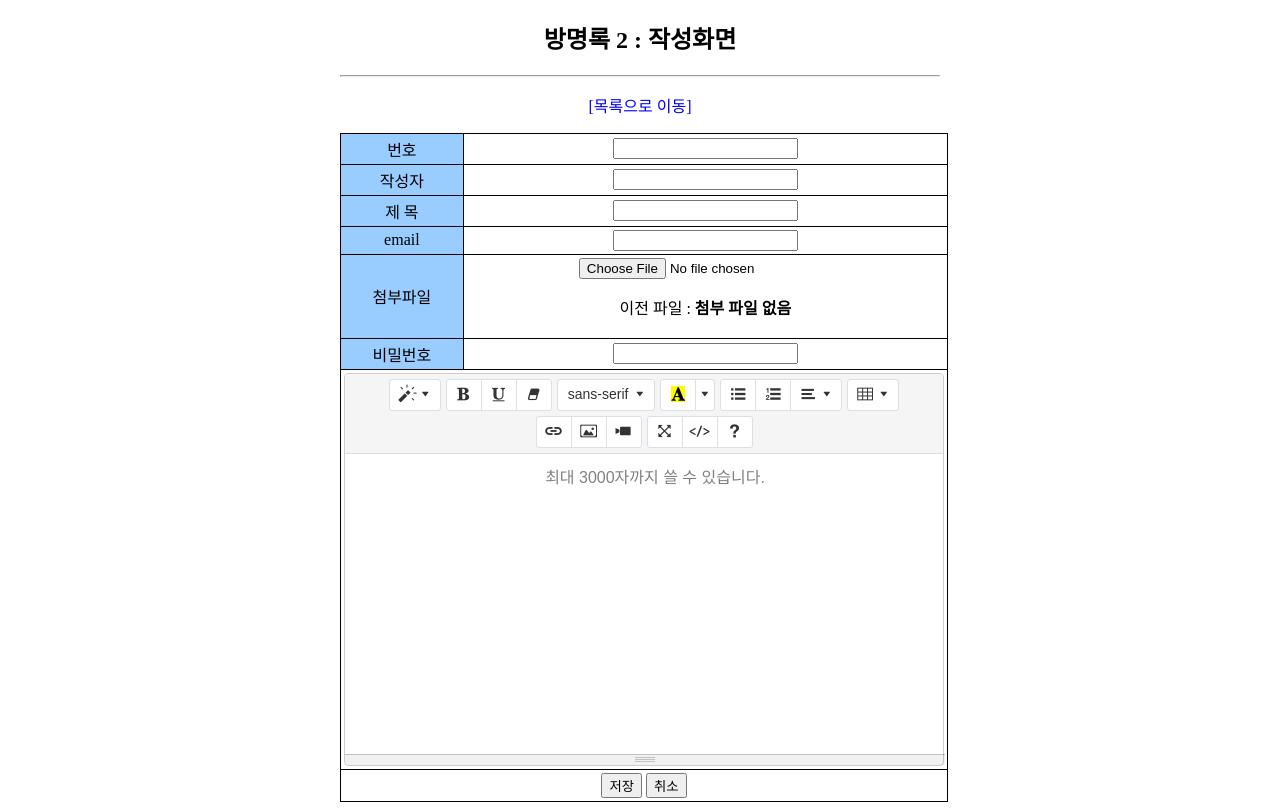
Repository: Koran1/springmvcstudy
Page: http://localhost/spring_mvc02/WEB-INF/views/guestbook2/update.jsp
The author's editor kept a copy of each file at every save. The page is drawn from the files as they stood at one save, then again after the next save.
The browser window is 1280 px wide. The pictures show the whole page.
Some web fonts or font styles are not loaded; a fallback is used. The page is served by Tomcat 9. Nobody is signed in. Other server files are loaded and not shown. The template is opened directly, without the code that normally fills it, so the values that code supplies are empty.

Above is the page before, as saved 2024-10-23 06:40:10.

### spring_mvc02/src/main/webapp/WEB-INF/views/guestbook2/update.jsp
<%@ page language="java" contentType="text/html; charset=UTF-8"
    pageEncoding="UTF-8"%>
<%@ taglib prefix="c" uri="http://java.sun.com/jsp/jstl/core" %>
<!DOCTYPE html>
<html>
<head>
<meta charset="UTF-8">
<title>Update2</title>
<link rel="stylesheet" href="resources/css/summernote-lite.css">
<style type="text/css">
	a { text-decoration: none;}
	table{width: 600px; border-collapse:collapse; text-align: center;}
	table,th,td{border: 1px solid black; padding: 3px}
	div{width: 600px; margin:auto; text-align: center;}

	/* summernote toolbar 수정 */
	.note-btn-group{width: auto;}
	.note-toolbar{width: auto;}
</style>
</head>
<body>
<div>
		<h2>방명록 2 : 작성화면</h2>
		<hr>
		<p><a href="/guestbook2">[목록으로 이동]</a></p>
		<form action="gb2_update_ok" enctype="multipart/form-data" method="post">
			<table>

				<tr align="center">
					<td bgcolor="#99ccff">번호</td>
					<td><input type="text" name="gb2_idx" readonly value="${onelist.gb2_idx}" size ="20"></td>
				</tr>
				<tr align="center">
					<td bgcolor="#99ccff">작성자</td>
					<td><input type="text" name="gb2_name" value="${onelist.gb2_name}" size ="20" required></td>
				</tr>
				<tr align="center">
					<td bgcolor="#99ccff">제  목</td>
					<td><input type="text" name="gb2_subject" value="${onelist.gb2_subject}" size ="20" required></td>
				</tr>
				<tr align="center">
					<td bgcolor="#99ccff">email</td>
					<td><input type="text" name="gb2_email" value="${onelist.gb2_email}" size ="20" required></td>
				</tr>
				<tr align="center">
				<td bgcolor="#99ccff">첨부파일</td>
				<td><input type="file" name="gb2_f_name" size ="20"><p> 이전 파일 :
					<c:choose>
						<c:when test="${empty onelist.gb2_f_name}">
						<b>첨부 파일 없음</b>
					</c:when>
					<c:otherwise>
						 ${onelist.gb2_f_name}
					</c:otherwise>
				</c:choose>	</p>
				</td>
				</tr>
				<tr align="center">
					<td bgcolor="#99ccff">비밀번호</td>
					<td><input type="password" name="gb2_pw" id="gb2_pw" size ="20" required>
				</tr>
				<tr align="center">
					<td colspan="2">
						<textarea rows="10" cols="60" name="gb2_content" id="gb2_content">${onelist.gb2_content}</textarea>
					</td>
				</tr>
				<tfoot>
					<tr align="center">
						<td colspan="2">
							<input type="submit" value="저장">
							<input type="hidden" name="gb2_idx" value="${onelist.gb2_idx}">
							<input type="reset" value="취소">
						</td>
					</tr>
				</tfoot>
			</table>
		</form>
	</div>

	<script src="https://ajax.googleapis.com/ajax/libs/jquery/3.7.1/jquery.min.js" crossorigin="anonymous"></script>
	<script src="resources/js/summernote-lite.js" ></script>
	<script src="resources/js/lang/summernote-ko-KR.js" ></script>
	<script type="text/javascript">
		$(function() {
			$("#gb2_content").summernote({
				lang : 'ko-KR',
				height : 300,
				focus : true,
				placeholder : "최대 3000자까지 쓸 수 있습니다.",
				callbacks : {
					onImageUpload : function(files, editor) {
						for (let i = 0; i < files.length; i++) {
							sendImage(files[i], editor);
						}
					}
				}
			});
		});

		function sendImage(file, editor) {
			// FormData 객체를 전송할 때 , jQuery가 설정
		  let frm = new FormData();
		  frm.append("s_file", file);
		  $.ajax({
			  url : "/saveImg",
			  data : frm,
			  method : "post",
			  contentType : false,
			  processData : false,
			  cache : false,
			  dataType : "json",
			  success : function(data) {
				 const path = data.path;
				 const fname = data.fname ;
				 console.log(path, fname);
				 $("#gb2_content").summernote("editor.insertImage", path+"/"+fname);
			  },
			  error : function() {
				alert("읽기실패");
			}
		  });
		}
	</script>
</body>
</html>

Loaded but not shown: spring_mvc02/src/main/webapp/resources/js/summernote-lite.js (library); spring_mvc02/src/main/webapp/resources/js/lang/summernote-ko-KR.js (185 lines, source omitted); spring_mvc02/src/main/webapp/resources/css/summernote-lite.css (1505 lines, source omitted)

After the next save:
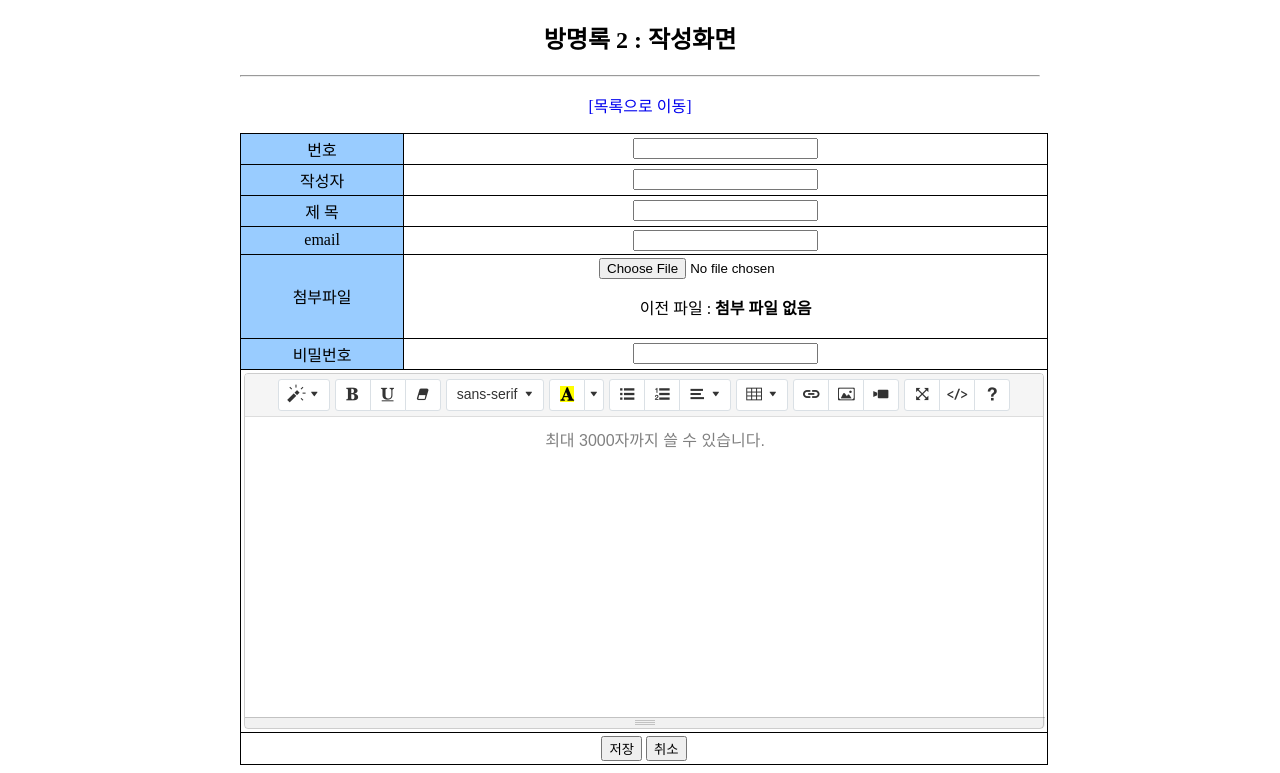
Saved 40 s later.
--- a/spring_mvc02/src/main/webapp/WEB-INF/views/guestbook2/update.jsp
+++ b/spring_mvc02/src/main/webapp/WEB-INF/views/guestbook2/update.jsp
@@ -9,9 +9,9 @@
 <link rel="stylesheet" href="resources/css/summernote-lite.css">
 <style type="text/css">
 	a { text-decoration: none;}
-	table{width: 600px; border-collapse:collapse; text-align: center;}
+	table{width: 800px; border-collapse:collapse; text-align: center;}
 	table,th,td{border: 1px solid black; padding: 3px}
-	div{width: 600px; margin:auto; text-align: center;}
+	div{width: 800px; margin:auto; text-align: center;}
 
 	/* summernote toolbar 수정 */
 	.note-btn-group{width: auto;}
